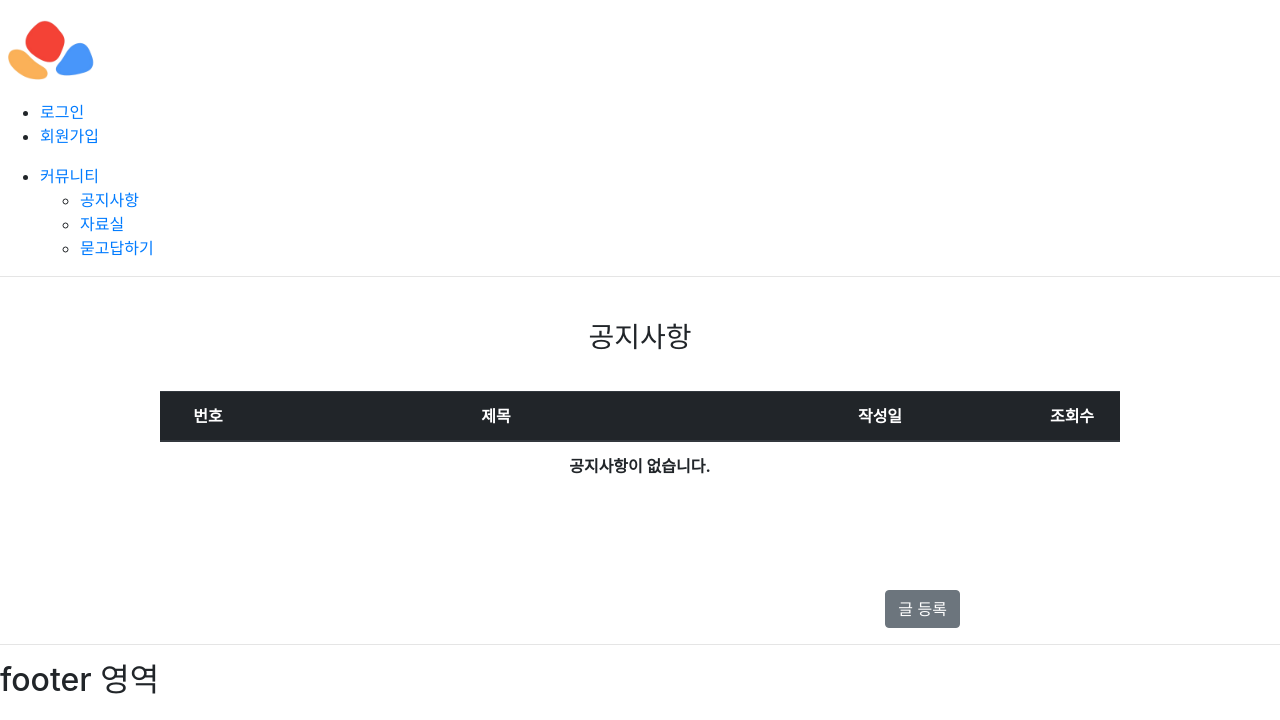
Repository: rnjsmj/pro01
Page: http://localhost/pro01/qna/noticeList.jsp
These files come from the project's save history. The page is drawn as it stood at one moment and after the next save; the edit follows.
The browser window is 1280 px wide. The pictures show the whole page.
The page is served by Tomcat 9. Nobody is signed in. The application's start-up code is not run. Other server files are loaded and not shown. The template is opened directly, without the code that normally fills it, so the values that code supplies are empty.

Above is the page before, as saved 2024-04-11 07:24:33.

### pro01/WebContent/qna/noticeList.jsp
<%@ page language="java" contentType="text/html; charset=UTF-8"
    pageEncoding="UTF-8"%>
<%@ taglib prefix="c" uri="http://java.sun.com/jsp/jstl/core" %>
<%@ taglib prefix="fmt" uri="http://java.sun.com/jsp/jstl/fmt" %>
<c:set var="path0" value="<%=request.getContextPath() %>" />
<!DOCTYPE html>
<html>
<head>
<meta charset="UTF-8">
<title>갈현동 - 공지사항</title>
<%@ include file="/head.jsp" %>
<style>
	.page {text-align:center; margin : 0 auto;}
	.title { text-align:center; padding:1em; }
	.table {text-align:center; width:960px; margin: 0 auto;}

	.buttons { text-align:right; width:960px;}
	.th-no {width:10%;}
	.th-title{width:50%;}
	.th-resdate{width:30%;}
	.td-title {text-align:left;}
	.a-title { color:black;}
	.a-title:hover { font-weight:600; text-decoration:none;}
	.div-table { text-align:center; display:flex; justify-center:center;  margin-bottom: 100px; }
</style>
</head>
<body>
<div id="header">
	<%@ include file="/header.jsp" %>
</div>
<div id="contents" >
	<section>
		<div class="page" id="page1">
			<h3 class="title">공지사항</h3>
			<div class="div-table">
				<table class="table">
					<thead class="thead-dark">
						<tr>
							<th class="th-no">번호</th>
							<th class="th-title">제목</th>
							<th class="th-resdate">작성일</th>
							<th class="th-visited">조회수</th>
						</tr>
					</thead>
					<tbody>
						<c:if test="${not empty noticeList }">
							<c:forEach var="dto" items="${noticeList }">
								<tr>
									<td>${dto.no }</td>
									<td class="td-title"><a href="${path0 }/GetNotice.do?no=${dto.no}" class="a-title">${dto.title }</a></td>
									<td>${dto.resdate }</td>
									<!-- 날짜만 표시할 경우
									<td class="td-resdate">
										<fmt:parseDate value="${dto.resdate }" pattern="yyyy-MM-dd" var="resdate" />
										<fmt:formatDate value="${resdate }" pattern="yyyy-MM-dd" />
									</td>-->
									<td>${dto.visited }</td>
								</tr>
							</c:forEach>
						</c:if>
						<c:if test="${empty noticeList }">
							<tr>
								<td colspan="4"><strong>공지사항이 없습니다.</strong></td>
							</tr>
						</c:if>
					</tbody>
				</table>
			</div>
			<script>

			</script>
			<div class="buttons">
				  <a href="${path0 }/notice/notice_ins.jsp" class="btn btn-secondary">글 등록</a>
			</div>
		</div>
	</section>
</div>
<div id="footer">
	<%@ include file="/footer.jsp" %>
</div>
</body>
</html>

### pro01/WebContent/head.jsp
<%@ page language="java" contentType="text/html; charset=UTF-8"
    pageEncoding="UTF-8"%>
<%@ taglib prefix="c" uri="http://java.sun.com/jsp/jstl/core" %>
<%@ taglib prefix="fmt" uri="http://java.sun.com/jsp/jstl/fmt" %>
<c:set var="ipath" value="<%= request.getContextPath() %>" />
<script src="${ipath }/js/jquery-3.2.1.min.js"></script>
<link rel="stylesheet" href="${ipath }/css/bootstrap.min.css" />
<link rel="stylesheet" href="https://cdnjs.cloudflare.com/ajax/libs/font-awesome/5.7.0/css/all.min.css" />
<script src="${ipath }/js/bootstrap.min.js"></script>
<meta name="viewport" content="width=device-width, initial-scale=1.0">
<meta name="subject" content="갈현동 소개 (Galhyeon-dong Intro)" />
<meta name="description" content="갈현동, 로데오거리, 맛집, 교통" />
<meta name="keywords" content="갈현동, 갈현1동, 갈현2동, 거리, 맛집, 교통편, 연신내역, 연신내, 구산역, 구산동, 구파발, 로데오거리, 연신내로데오거리, 메트로타워, 주점" />
<link rel="icon" href="${ipath }/images/favicon.png" />
<link rel="shortcut icon" href="${ipath}/images/favicon3.png" />
<meta property="og:type" content="website" />
<meta property="og:title" content="갈현동" />
<meta property="og:description" content="갈현동, 로데오거리, 맛집, 교통" />
<meta property="og:image" content="${ipath }/images/site.png" />
<meta property="og:url" content="http://localhost:8091" />

### pro01/WebContent/header.jsp
<%@ page language="java" contentType="text/html; charset=UTF-8"
    pageEncoding="UTF-8"%>
<%@ taglib prefix="c" uri="http://java.sun.com/jsp/jstl/core" %>
<%@ taglib prefix="fmt" uri="http://java.sun.com/jsp/jstl/fmt" %>
<c:set var="hpath" value="<%= request.getContextPath() %>" />
<header>
	<div class="logo_wrap" >
		<a href="/pro01"><img alt="갈현동" src="${hpath }/images/favicon3.png" width=100px> </a>
	</div>
	<nav id="tnb">
		<ul>
			<c:if test="${empty sid }">
			<li><a href="${hpath }/member/login.jsp">로그인</a></li>
			<li><a href="${hpath }/member/term.jsp">회원가입</a></li>
			</c:if>
			<c:if test="${not empty sid }">
			<li><strong>${sname } 님 환영합니다.</strong></li>
			<li><a href="${hpath }/Logout.do">로그아웃</a></li>
			<li><a href="${hpath }/MemberUpdate.do?id=${sid}">마이페이지</a></li>
			</c:if>
			<c:if test="${sid.equals('admin') }">
			<li><a href="${hpath }/admin">관리자 페이지</a></li>
			</c:if>
		</ul>
	</nav>
	<nav id="gnb">
		<ul class="main_menu">
			<li><a href="">커뮤니티</a>
				<ul>
					<li><a href="${hpath }/NoticeList.do">공지사항</a></li>
					<li><a href="">자료실</a></li>
					<li><a href="">묻고답하기</a></li>
				</ul>
			</li>
		</ul>
	</nav>
</header>
<hr>

### pro01/WebContent/footer.jsp
<%@ page language="java" contentType="text/html; charset=UTF-8"
    pageEncoding="UTF-8"%>
<hr>
<footer>
	<h2>footer 영역</h2>
</footer>

Loaded but not shown: pro01/WebContent/js/jquery-3.2.1.min.js (library); pro01/WebContent/css/bootstrap.min.css (library); pro01/WebContent/js/bootstrap.min.js (library)

After the next save:
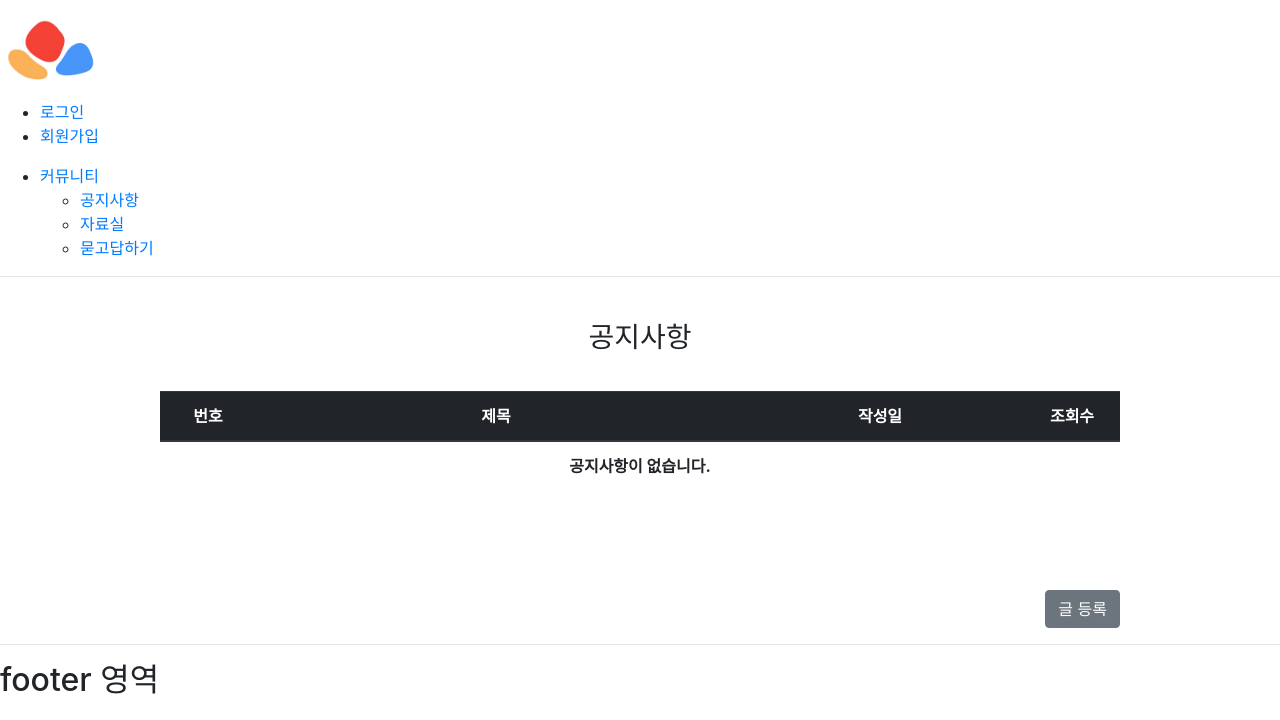
Saved 52 s later.
--- a/pro01/WebContent/qna/noticeList.jsp
+++ b/pro01/WebContent/qna/noticeList.jsp
@@ -10,11 +10,11 @@
 <title>갈현동 - 공지사항</title>
 <%@ include file="/head.jsp" %>
 <style>
-	.page {text-align:center; margin : 0 auto;}
+	.page {text-align:center;}
 	.title { text-align:center; padding:1em; }
 	.table {text-align:center; width:960px; margin: 0 auto;}
 
-	.buttons { text-align:right; width:960px;}
+	.buttons { text-align:right; width:960px; margin : auto;}
 	.th-no {width:10%;}
 	.th-title{width:50%;}
 	.th-resdate{width:30%;}
